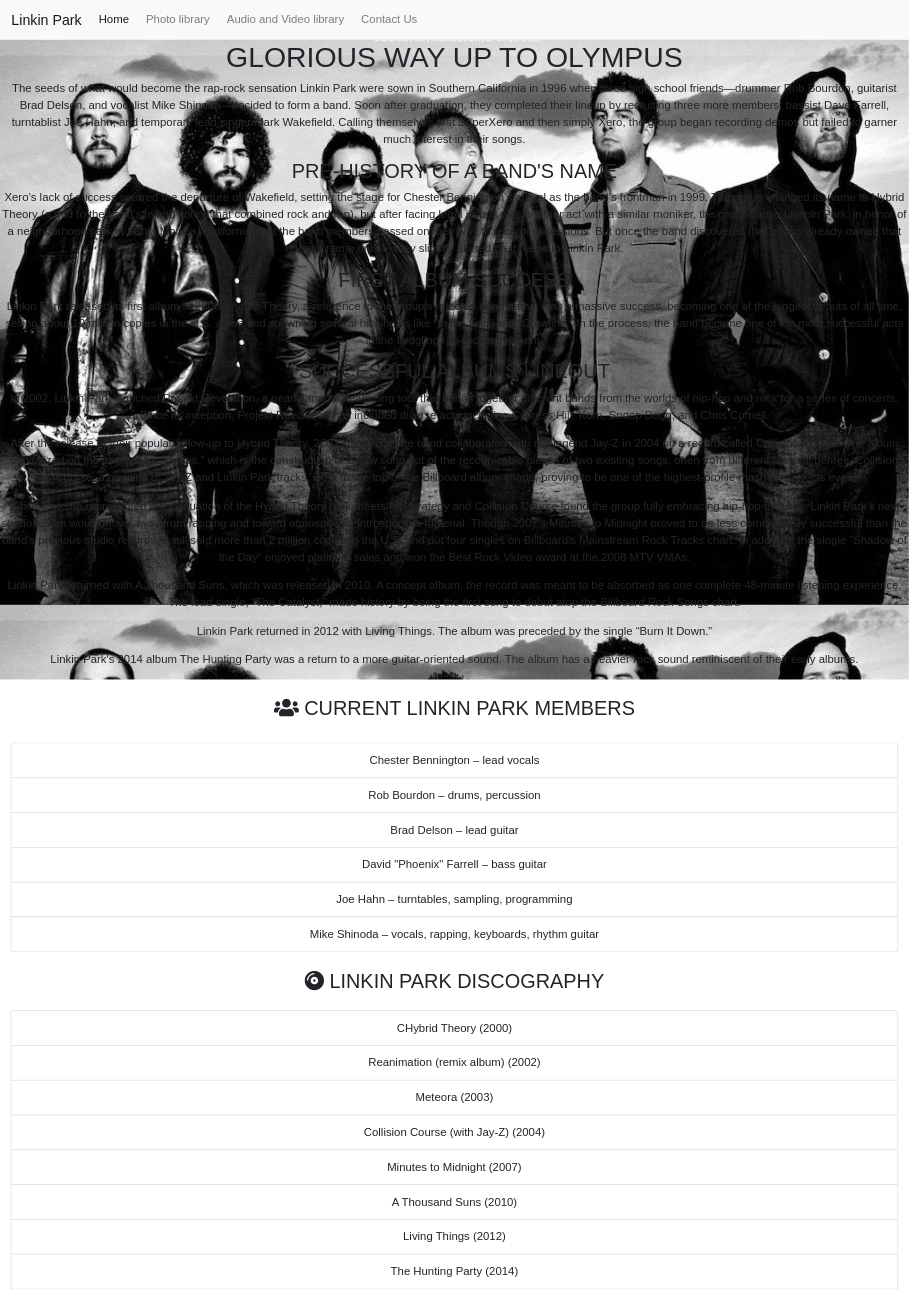
Repository: vaida898/website
Page: index.html
The author's editor kept a record of every edit. The page is drawn from the files as they stood at one moment, then again after the next edit.
The browser window is 1280 px wide. The page is 1295 px wide, so the pictures cover 1295 px, including what lies to the right of the window. The pictures show the whole page, at 71% of full size.
Backgrounds fixed to the window are drawn as part of the page. Some web libraries are served in a nearby version.

Above is the page before.
Console error: TypeError: Cannot read properties of undefined (reading 'fn')

### index.html
<!DOCTYPE html>
<html lang="en">

<head>
    <meta charset="UTF-8">
    <meta name="viewport" content="width=device-width, initial-scale=1.0">
    <meta http-equiv="X-UA-Compatible" content="ie=edge">
    <title>LinkinPark website</title>

    <link rel="stylesheet" href="https://stackpath.bootstrapcdn.com/bootstrap/4.3.1/css/bootstrap.min.css" integrity="sha384-ggOyR0iXCbMQv3Xipma34MD+dH/1fQ784/j6cY/iJTQUOhcWr7x9JvoRxT2MZw1T" crossorigin="anonymous">
    <script src="https://stackpath.bootstrapcdn.com/bootstrap/4.3.1/js/bootstrap.min.js" integrity="sha384-JjSmVgyd0p3pXB1rRibZUAYoIIy6OrQ6VrjIEaFf/nJGzIxFDsf4x0xIM+B07jRM" crossorigin="anonymous"></script>
    <link rel="stylesheet" href="https://use.fontawesome.com/releases/v5.6.1/css/all.css" integrity="sha384-gfdkjb5BdAXd+lj+gudLWI+BXq4IuLW5IT+brZEZsLFm++aCMlF1V92rMkPaX4PP" crossorigin="anonymous">
    <link href="https://fonts.googleapis.com/css?family=Open+Sans:400,700&display=swap" rel="stylesheet">
    <!-- Google font "Ubuntu" -->
    <link rel="stylesheet" href="css/style.css" type="text/css" />

</head>

<body>

    <!-- Navigation bar -->

    <nav class="navbar navbar-light bg-light navbar-expand-sm">
        <a href="/" class="navbar-brand">Linkin Park</a>

        <button class="navbar-toggler ml-auto" type="button" data-toggle="collapse" data-target="#navbarNavDropdown" aria-controls="navbarNavDropdown" aria-expanded="false" aria-label="Toggle navigation">
        <span class="navbar-toggler-icon"></span></button>

        <div class="collapse navbar-collapse" id="navbarNavDropdown">
            <ul class="navbar-nav mr-auto">
                <li class="active nav-item mr-2"><a class="nav-link" href="/">Home</a></li>
                <li class="nav-item mr-2"><a class="nav-link" href="/Photo library">Photo library</a></li>
                <li class="nav-item mr-2"><a class="nav-link" href="/Audio and Video library">Audio and Video library</a></li>
                <li class="nav-item mr-2"><a class="nav-link" href="/Contact Us">Contact Us</a></li>
            </ul>
        </div>
    </nav>

    <div class="history-container">
        <div class="row">
            <div class="col-12">
                <section class="About Us text-center">
                    <h1 class="text-uppercase">Glorious way up to olympus</h1>
                    <p>The seeds of what would become the rap-rock sensation Linkin Park were sown in Southern California in 1996 when three high school friends—drummer Rob Bourdon, guitarist Brad Delson, and vocalist Mike Shinoda—decided to form a band.
                        Soon after graduation, they completed their lineup by recruiting three more members: bassist Dave Farrell, turntablist Joe Hahn, and temporary lead singer Mark Wakefield. Calling themselves first SuperXero and then simply Xero,
                        the group began recording demos but failed to garner much interest in their songs.</p>

                    <h3 class="text-uppercase">Pre-history of a band's name</h3>
                    <p>Xero’s lack of success spurred the departure of Wakefield, setting the stage for Chester Bennington’s arrival as the band’s frontman in 1999. The group changed its name to Hybrid Theory (a nod to the band’s hybrid sound that combined
                        rock and rap), but after facing legal issues with another act with a similar moniker, the group chose Lincoln Park, in honor of a neighborhood park in Santa Monica, California, that the band members passed on their way to recording
                        sessions. But once the band discovered that others already owned that domain name online, they slightly altered their name to Linkin Park.</p>

                    <h3 class="text-uppercase">First Album success</h3>
                    <p>Linkin Park released its first album in 2000. Hybrid Theory, a reference to the group’s rejected band name, was a massive success, becoming one of the biggest debuts of all time, selling about 10 million copies in the U.S. alone and
                        spawning several hit singles like “In the End” and “Crawling.” In the process, the band became one of the most successful acts in the fledgling rap-rock movement.</p>

                    <h3 class="text-uppercase">Successful albums lineout</h3>
                    <p>In 2002, Linkin Park launched Projekt Revolution, a nearly annual headlining tour that brings together different bands from the worlds of hip-hop and rock for a series of concerts. Since its inception, Projekt Revolution has included
                        diverse acts including Cypress Hill, Korn, Snoop Dogg, and Chris Cornell.</p>

                    <p>After the release of their popular follow-up to Hybrid Theory, 2003’s Meteora, the band collaborated with rap legend Jay-Z in 2004 on a record called Collision Course. The album capitalized on the trend of “mash-ups,” which is the
                        construction of a new song out of the recognizable pieces of two existing songs, often from different musical genres. Collision Course, a melding of Jay-Z and Linkin Park tracks, went to the top of the Billboard album charts, proving
                        to be one of the highest-profile mash-up projects ever.</p>

                    <p>While Meteora represented a continuation of the Hybrid Theory rock-meets-rap strategy and Collision Course found the group fully embracing hip-hop textures, Linkin Park’s next studio album would move away from rapping and toward atmospheric,
                        introspective material. Though 2007’s Minutes to Midnight proved to be less commercially successful than the band's previous studio records, it still sold more than 2 million copies in the U.S. and put four singles on Billboard’s
                        Mainstream Rock Tracks chart. In addition, the single “Shadow of the Day” enjoyed platinum sales and won the Best Rock Video award at the 2008 MTV VMAs.</p>

                    <p>Linkin Park returned with A Thousand Suns, which was released in 2010. A concept album, the record was meant to be absorbed as one complete 48-minute listening experience. The lead single, “The Catalyst,” made history by being the
                        first song to debut atop the Billboard Rock Songs chart.</p>

                    <p>Linkin Park returned in 2012 with Living Things. The album was preceded by the single “Burn It Down.”</p>

                    <p>Linkin Park's 2014 album The Hunting Party was a return to a more guitar-oriented sound. The album has a heavier rock sound reminiscent of their early albums.</p>
                </section>
            </div>
        </div>
    </div>

    <div class="members-container">
        <section class="Band members text-center">
            <div class="row">
                <div class="col-12 col-md-12 my-4">
                    <h3 class="text-uppercase"><i class="fas fa-users d-none d-sm-inline"></i> Current Linkin Park members</h3>
                </div>
            </div>
            <div class="col-12 col-md-12">
                <ul class="list-group">
                    <li class="list-group-item">Chester Bennington – lead vocals</li>
                    <li class="list-group-item">Rob Bourdon – drums, percussion</li>
                    <li class="list-group-item">Brad Delson – lead guitar</li>
                    <li class="list-group-item">David "Phoenix" Farrell – bass guitar</li>
                    <li class="list-group-item">Joe Hahn – turntables, sampling, programming</li>
                    <li class="list-group-item">Mike Shinoda – vocals, rapping, keyboards, rhythm guitar</li>
                </ul>
            </div>
        </section>
    </div>

    <div class="discography-container">
        <section class="Band discography text-center">
            <div class="col-12 col-md-12 my-4">
                <h3 class="text-uppercase"><i class="fas fa-compact-disc d-none d-sm-inline"></i> Linkin Park discography</h3>
            </div>
            <div class="col-12 col-md-12">
                <ul class="list-group">
                    <li class="list-group-item">CHybrid Theory (2000)</li>
                    <li class="list-group-item">Reanimation (remix album) (2002)</li>
                    <li class="list-group-item">Meteora (2003)</li>
                    <li class="list-group-item">Collision Course (with Jay-Z) (2004)</li>
                    <li class="list-group-item">Minutes to Midnight (2007)</li>
                    <li class="list-group-item">A Thousand Suns (2010)</li>
                    <li class="list-group-item">Living Things (2012)</li>
                    <li class="list-group-item">The Hunting Party (2014)</li>
                </ul>
            </div>
        </section>
    </div>

    <script src="https://code.jquery.com/jquery-3.3.1.slim.min.js" integrity="sha384-q8i/X+965DzO0rT7abK41JStQIAqVgRVzpbzo5smXKp4YfRvH+8abtTE1Pi6jizo" crossorigin="anonymous"></script>
    <script src="https://cdnjs.cloudflare.com/ajax/libs/popper.js/1.14.7/umd/popper.min.js" integrity="sha384-UO2eT0CpHqdSJQ6hJty5KVphtPhzWj9WO1clHTMGa3JDZwrnQq4sF86dIHNDz0W1" crossorigin="anonymous"></script>
    <script src="https://stackpath.bootstrapcdn.com/bootstrap/4.3.1/js/bootstrap.min.js" integrity="sha384-JjSmVgyd0p3pXB1rRibZUAYoIIy6OrQ6VrjIEaFf/nJGzIxFDsf4x0xIM+B07jRM" crossorigin="anonymous"></script>

</body>

</html>

### css/style.css
body {
    font-family: 'Ubuntu', sans-serif;
}

.history-container {

    background: url(../images/background.jpg) no-repeat center center fixed;
    -webkit-background-size: cover;
    -moz-background-size: cover;
    -o-background-size: cover;
    background-size: cover;
}

.members-container {}

.discography-container {}

After the next edit:
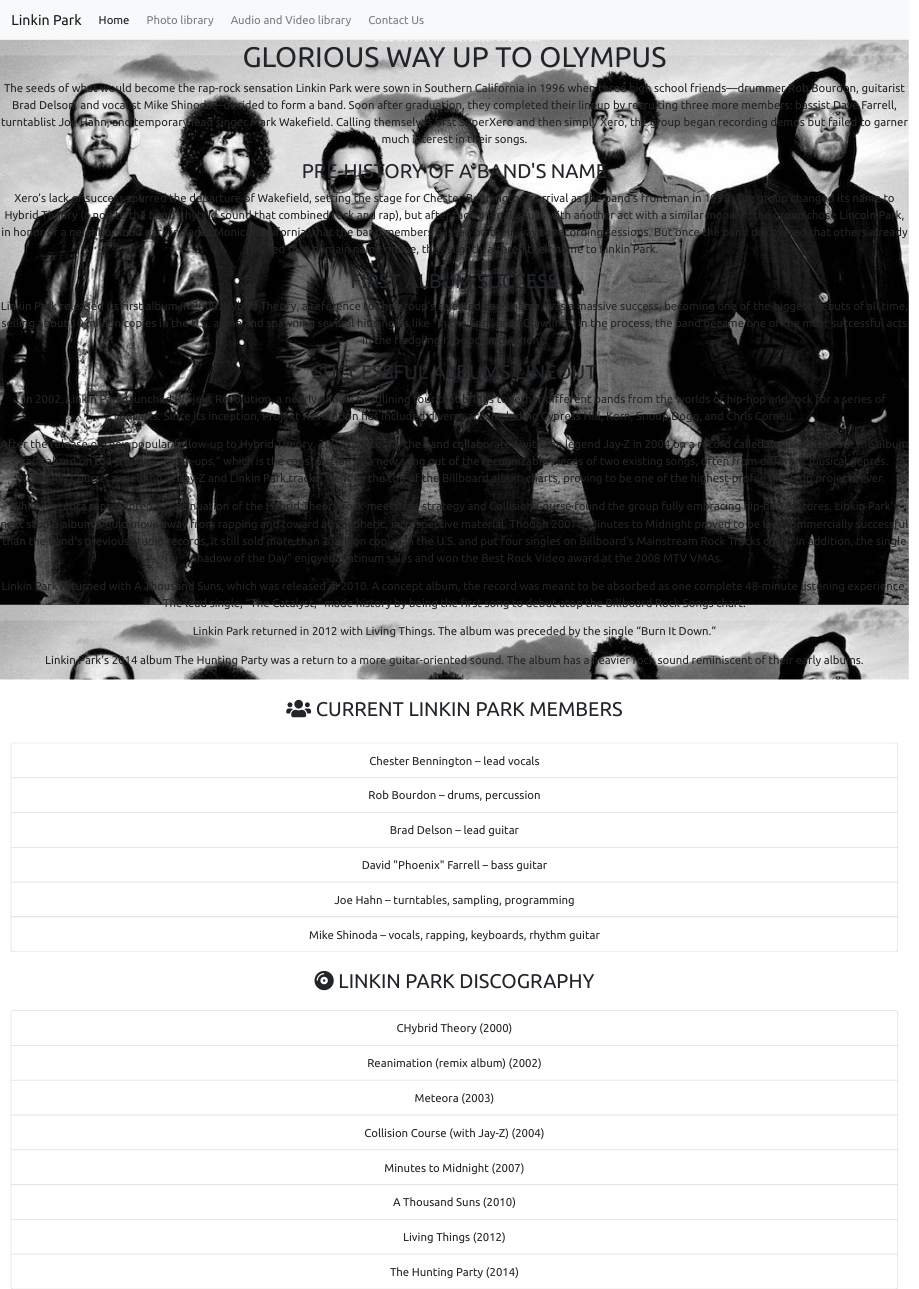
The edit:
--- a/index.html
+++ b/index.html
@@ -10,7 +10,7 @@
     <link rel="stylesheet" href="https://stackpath.bootstrapcdn.com/bootstrap/4.3.1/css/bootstrap.min.css" integrity="sha384-ggOyR0iXCbMQv3Xipma34MD+dH/1fQ784/j6cY/iJTQUOhcWr7x9JvoRxT2MZw1T" crossorigin="anonymous">
     <script src="https://stackpath.bootstrapcdn.com/bootstrap/4.3.1/js/bootstrap.min.js" integrity="sha384-JjSmVgyd0p3pXB1rRibZUAYoIIy6OrQ6VrjIEaFf/nJGzIxFDsf4x0xIM+B07jRM" crossorigin="anonymous"></script>
     <link rel="stylesheet" href="https://use.fontawesome.com/releases/v5.6.1/css/all.css" integrity="sha384-gfdkjb5BdAXd+lj+gudLWI+BXq4IuLW5IT+brZEZsLFm++aCMlF1V92rMkPaX4PP" crossorigin="anonymous">
-    <link href="https://fonts.googleapis.com/css?family=Open+Sans:400,700&display=swap" rel="stylesheet">
+    <link href="https://fonts.googleapis.com/css?family=Ubuntu:400,700&display=swap" rel="stylesheet">
     <!-- Google font "Ubuntu" -->
     <link rel="stylesheet" href="css/style.css" type="text/css" />
 
